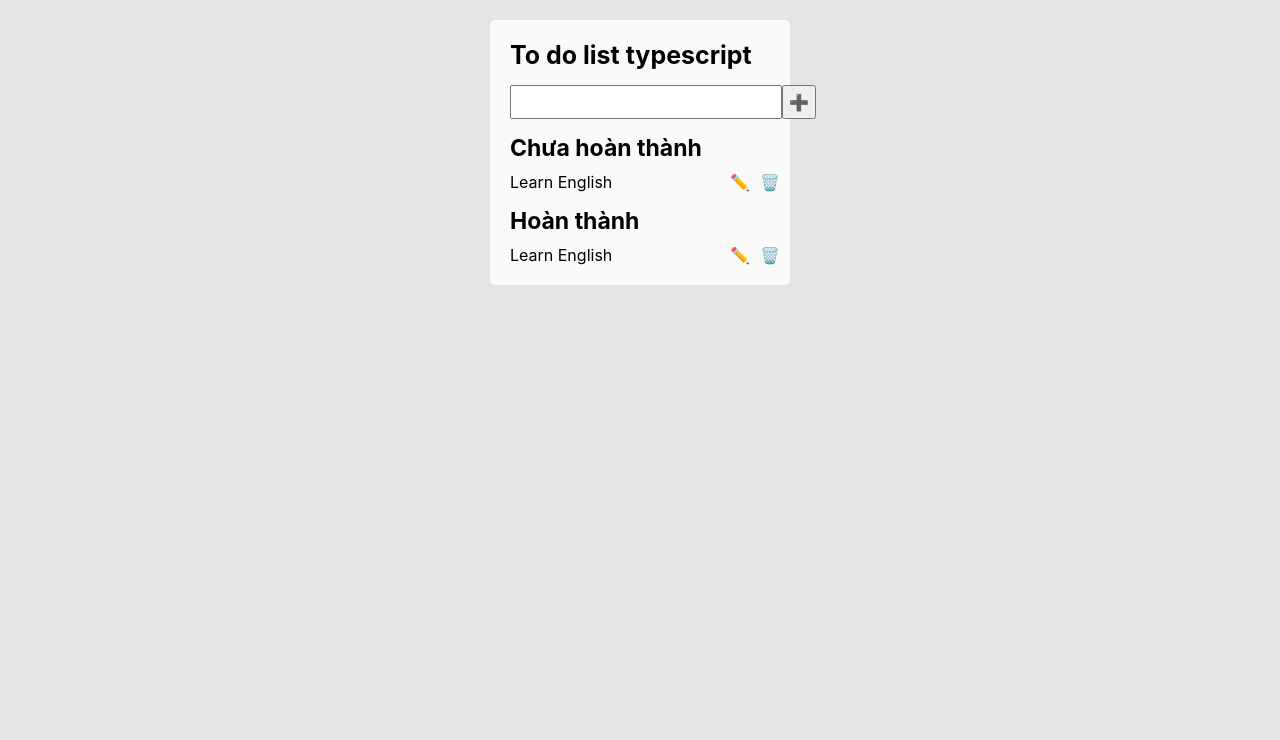
Repository: ChauVanLoc/TodoList-Reactjs
Page: / (app in todo-app/)
An editor plug-in stored every save of this project. The page is shown before and after the next save, followed by the edit.
The browser window is 1280 px wide. The pictures show the whole page.
The project was rebuilt for these pictures with package versions that can differ from the ones it lists, and the page was loaded fresh each time.

Above is the page before, as saved 2022-12-04 20:23:27.

After the next save:
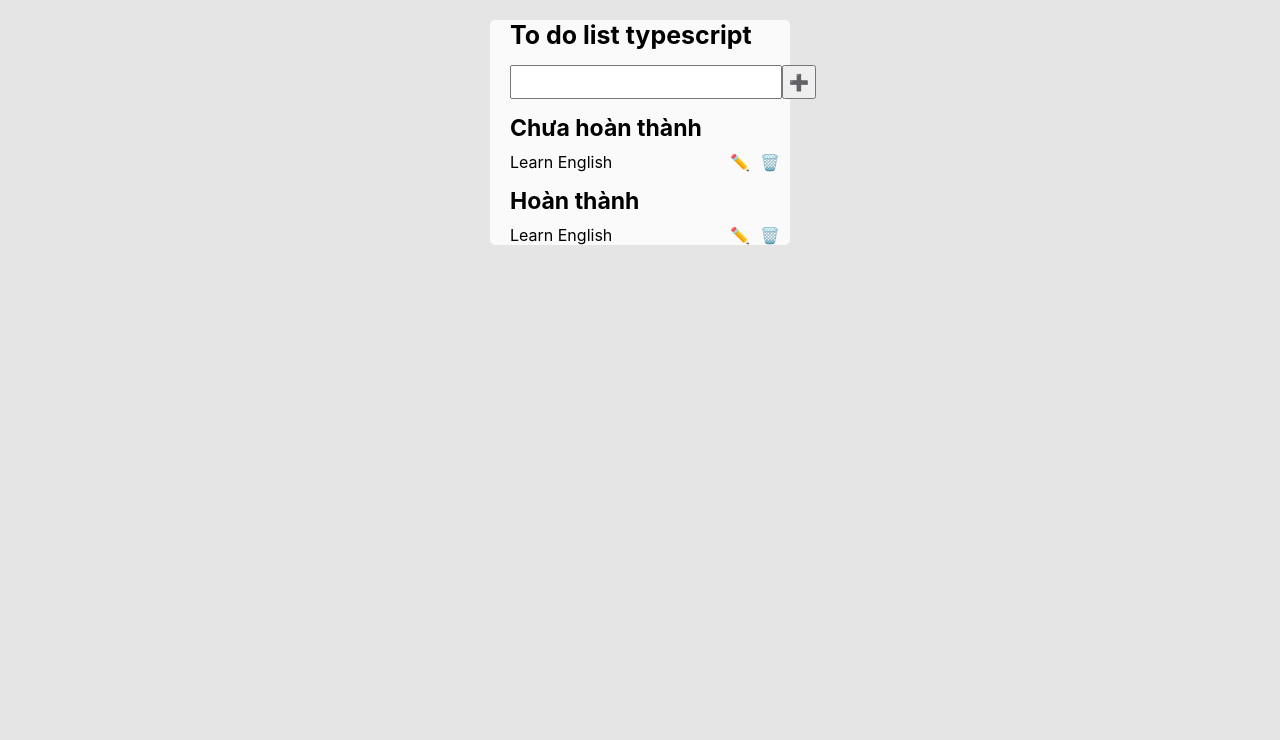
Saved 6 min 52 s later.
--- a/todo-app/src/components/TodoList/TodoListStyle.module.scss
+++ b/todo-app/src/components/TodoList/TodoListStyle.module.scss
@@ -5,7 +5,7 @@
   background-color: #fafafa;
   border: 1px solid none;
   border-radius: 5px;
-  padding: 20px;
+  padding: 0 20px;
   .header {
     width: 270px;
     font-weight: bold;
